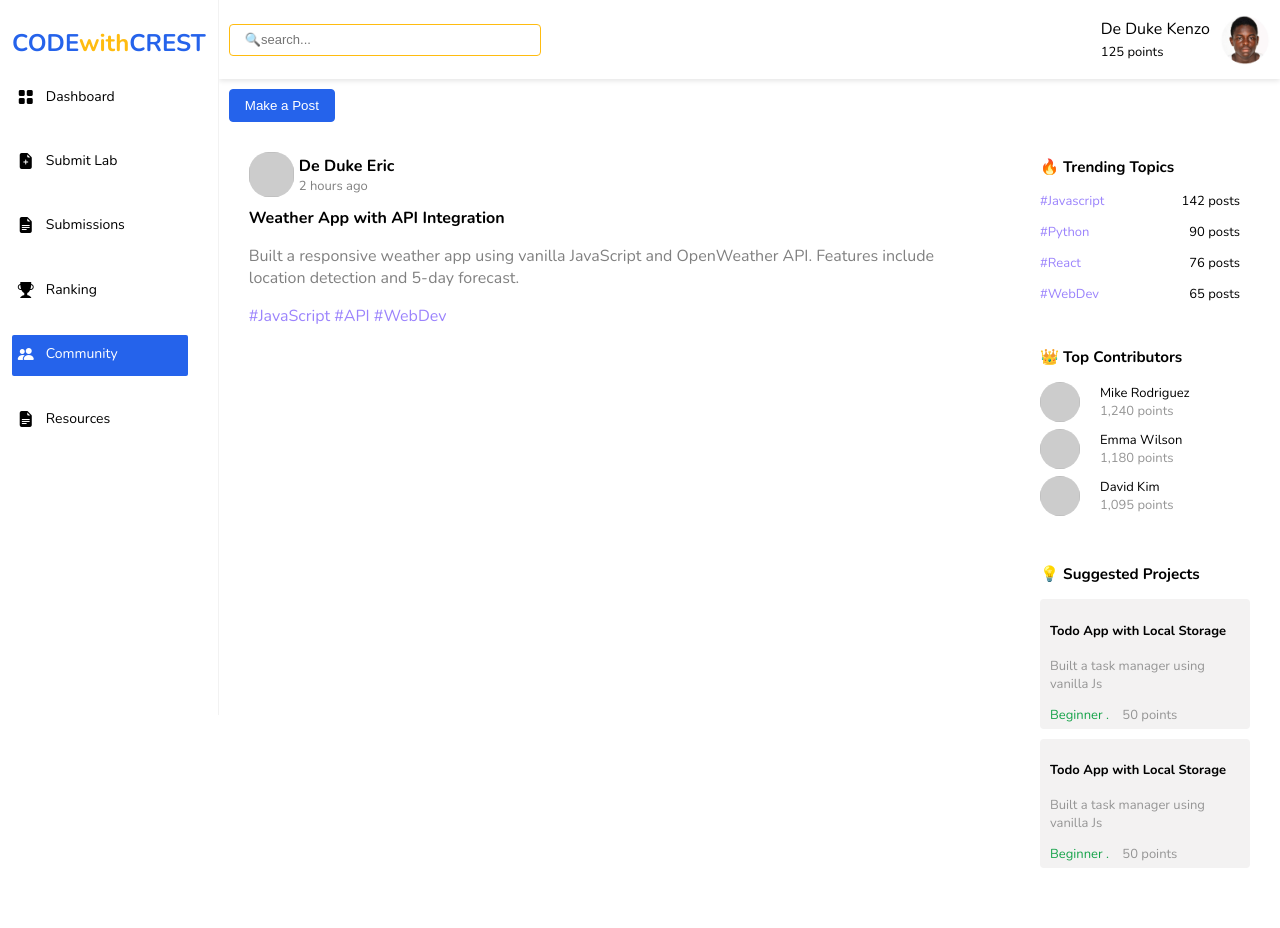
Repository: CarlTeclancing/codewithcrest
Page: /dashboard/community
An editor plug-in stored every save of this project. The page is shown before and after the next save, followed by the edit.
The browser window is 1280 px wide. The pictures show the whole page.
The project was rebuilt for these pictures with package versions that can differ from the ones it lists, and the page was loaded fresh each time. Also part of the build but not shown: vite.config.js, src/pages/Dashboard/dashboard.css, globals.js, src/pages/Dashboard/Dashboard.jsx, src/pages/ranking/ranking.css, src/components/UserCard.jsx, src/pages/ranking/Ranking.jsx, src/components/GuideLines.jsx and 15 more.

Above is the page before, as saved 2025-09-09 14:08:46.

### index.html
<!doctype html>
<html lang="en">
  <head>
    <meta charset="UTF-8" />
    <link rel="icon" type="image/svg+xml" href="./src/assets/react.svg" />
    <meta name="viewport" content="width=device-width, initial-scale=1.0" />
    <title>CODEwithCREST</title>
    <link rel="stylesheet" href="https://cdn.jsdelivr.net/npm/bootstrap-icons@1.13.1/font/bootstrap-icons.min.css">
    <!-- fonts-->
     <link rel="preconnect" href="https://fonts.googleapis.com">
     <link rel="preconnect" href="https://fonts.gstatic.com" crossorigin>
     <link href="https://fonts.googleapis.com/css2?family=Nunito:ital,wght@0,200..1000;1,200..1000&display=swap" rel="stylesheet">
  </head>
  <body>
    <div id="root"></div>
    <script type="module" src="/src/main.jsx"></script>
  </body>
</html>

### src/main.jsx
import { StrictMode } from 'react'
import { createRoot } from 'react-dom/client'
import './index.css'
import App from './App.jsx'
import 'react-responsive-modal/styles.css';


createRoot(document.getElementById('root')).render(
  <StrictMode>
    <App/>
  </StrictMode>,
)

### src/index.css
:root {
  /* CSS variables */
   --primary-color: #5B0C4E;
   --primary-color-hover: #5b0c4edc;
   --bg-color: #FFFAFE;
   --bg-white: #ffffff;
   --text-color: #262626;
   --border-color: #93B4FD;
   --bg-tab: #DECADB;

   --pending: #EA5254;
   --completed: #3CDA7D;
   --in-progress: #F9BD3B;

   --primary-white-color: white;
   --primary-black-color: black;
   --primary-error-color: red;
 }

body{
  /* border: solid 1px blue; */
  margin: 0%;
  width: 100%;
  height: auto;
  /* display: flex; */
  /* justify-content: center; */
  font-family: "Nunito", sans-serif;
  font-optical-sizing: auto;
  font-weight: 400;
  font-style: normal;
  overflow-x: hidden;
}
/* .post{
  width: 80%;
  display: flex;
  flex-direction: row;
  flex-wrap: wrap;
  align-items: center;
  justify-content: center;
}
.individual-post{
  width: 500px;
  height: auto;
  background-color: rgba(0, 0, 0, 0.05);
  margin: 12px;
  padding: 24px;
  border-radius: 12px;
  border: 1px solid rgba(0, 0, 0, 0.05);
  color: black;
} */

### src/App.jsx
import React  from 'react'
import { createBrowserRouter, RouterProvider ,Route ,Routes } from 'react-router-dom'

import Dashboard from './pages/Dashboard/Dashboard.jsx'
import Ranking from './pages/ranking/Ranking.jsx'
import Submission from './pages/submission/Submission.jsx'

import SubmitLab from './pages/submitLab/SubmitLab.jsx'
import Community from './pages/community/Community.jsx'
import Resources from './pages/resources/Resources.jsx'
import Assistant from './pages/assistant/Assistant.jsx'
import Login from './pages/auths/login/Login.jsx'
import Register from './pages/auths/register/_Register.jsx'
import PersonalInfo from './pages/auths/register/PersonalInfoForm.jsx'
import Experience from './pages/auths/register/ExperienceForm.jsx'
import Program from './pages/auths/register/ProgramForm.jsx'
import { UserProvider } from './providers/userProvider.jsx'
import DashboardLayout from './Layout/DashboardLayout.jsx'
import Subscribe from './pages/subscribe/Subscribe.jsx'

function App() {

  const router = createBrowserRouter([
    {path:'/', element:<Login />},
    // No landing page
    // Auth pages
    {path:'/login',  index:true,element:<Login />},
    {path:'/register', element:<Register />},
    {path:'/personal-information', element:<PersonalInfo />},
    {path:'/program', element:<Program />},
    {path:'/experience', element:<Experience/>},

    // Subscribtion page
    {
      path:'/subscribe',
      element:<Subscribe/>
    },

    // Dashboard pages
    {
      path:'/dashboard',
      element:<DashboardLayout/>,
      children:[
        {
          index:true,
          element:<Dashboard/>
        },
        {path:'submissions', element:<Submission />},
        {path:'submitlab', element:<SubmitLab />},
        {path:'community', element:<Community />},
        {path:'ranking', element:<Ranking />},
        {path:'resources', element:<Resources />},

      ]
    },

    // {path:'/ranking', element:<Ranking />},
    // {path:'/bugtracking', element:<BugTracking />},
    // {path:'/hello', element:<Hello />},
    // {path:'/assistant', element:<Assistant />}

  ]);

  return (
    <>
      <UserProvider>
        <RouterProvider router={router} />
      </UserProvider>
    </>
  )
}

export default App

const Temp = () => {
  return(
    <>
      testing temp comp
    </>
  )
}

### src/providers/userProvider.jsx
import React ,{createContext ,useState} from "react";


const UserContext = createContext()

export const UserProvider = ({children}) => {
    const [user ,setUser] = useState()

    return (<UserContext.Provider value={{user:user ,setUser:setUser}}  >{children}</UserContext.Provider>)
}

export default UserContext

### src/Layout/DashboardLayout.jsx
import React from "react";
import Sidebar from "../components/Sidebar";
import { Outlet } from "react-router-dom";
import Header from "../components/Header";
import '../styles/layout.css'


const DashboardLayout = () => {
    return(
        <React.Fragment>
            <div style={{border:'solid 0px blue',display:'flex' }}>
                <Sidebar/>

                <div style={{border:'solid 0px red' ,flex:1 ,display:'flex', flexDirection:'column'}}>
                    <div>
                        <Header/>
                    </div>
                    <div>
                        <Outlet/>
                    </div>
                </div>
            </div>

        </React.Fragment>
    )
}

export default DashboardLayout

### src/pages/submitLab/submitlab.css
.labs-container{
    display: flex;
    flex-direction: column;
    padding: 0px 10px;
    gap: 15px;
}
.lab-info{
    display: flex;
    padding: 20px;
    border-radius: 10px;
    flex-direction: column;
    border: 1px solid rgba(168, 122, 5 ,0.5);
}
.headline{
    display: flex;
    align-items: center;
    justify-content: space-between;
    line-height: 0%;
}
.headline h3{
    /* font-size: x-large; */
    font-weight:800;
}
.bottom-line{
    display: flex;
    align-items: center;
    justify-content: space-between;
    font-size: small;
}
.points{
    font-size: small;
}
.hashtags{
    /* width: auto; */
    border: solid 1px rgba(0,0,255 ,0.3);
    padding: 10px;
    font-size: x-small;
    color: #006EFF;
    border-radius: 6px;
    background-color: #E3F2FD;
}
.inactive-btn{
    color: #2563EB;
    background-color: white;
    border: solid 1px #2563EB;
}
.deadline{
    color: #006EFF;
    margin-right: 25px;
}
.task{
    color: grey;
}
.form-group{
  display: flex;
  align-items:center;
  margin-bottom: 15px;
}
.form-group > div {
  flex: 1; /* Makes both fields take equal space */
  margin-right: 10px;
}
.form-group > div:last-child {
  margin-right: 0; /* Remove margin from the last child */
}
button{
    color: black;
    padding: 5px 8px;
    margin-right: 20px;
}
button:hover, .button.active{
  cursor: pointer;
  border-radius: 2px;
  color: white;
  border: 1px solid #2563EB;
  background-color: #2563EB;
}
.upload{
    padding: 20px;
    width: 60%;
    height: 160px;
    place-self: center;
    display: flex;
    margin: 25px 0;
    border-radius: 5px;
    flex-direction: column;
    text-align: center;
    align-items: center;
    justify-content: center;
    border: 1px dashed black;
}
.upload input{
    padding: 5px 8px;
    place-self: center;
}
.upload span{
 color: #959595;
 font-size: 10px;
}

th{
    color: #959595;
    font-weight: lighter;
    background-color: #E3F2FD;
}
td{
    padding: 8px 15px;
    font-size: 12px;
    font-weight: lighter;
}
.url{
    color: #006EFF;
}
.nav{
    width: 95%;
    display: flex;
    align-items: center;
    justify-content: space-between;
}
label, input::placeholder{
    font-size: 13px;
}
.btnl{
    color: #006EFF;
    background-color: white;
    border: 1px solid #006EFF;
}
.bar a{
    color: black;
    font-weight: 12px;
    margin-left: 25px;
    font-weight: lighter;
    text-decoration: none;
}

### src/pages/community/community.css
.community-page{
    display: flex;
    gap: 20px;
    /* padding-right: 20px; */
}
.form-post span{
    margin-right: 10px;
}
.left-side{
    /* width: 60%; */
    flex: 1;
    display: flex;
    /* margin-right: 20px; */
    flex-direction: column;
}
.right-side{
    width: 250px;
    display: flex;
    flex-direction: column;
    font-size: small;
    gap: 15px;
}
.firstline{
    display: flex;
    align-items: center;
}
.contributor-info{
    display: flex;
    flex-direction: column;
    /* border: solid 1px red; */
    padding: 0;
    margin: 0;
    line-height: normal;
}
.contributors img{
  width: 40px;
  height: 40px;
  background-color: rgba(0,0,0,0.2);
  border-radius: 50%;
  margin-right: 20px;
}
input{
    height: 23px;
}
textarea{
    height: 70px;
}
input, textarea{
    width:90%;
    outline: none;
    padding: 5px 10px;
    border-radius: 3px;
    border: 1px solid #959595;
}
.bottom{
    display: flex;
    align-items: center;
    justify-content: space-between;
}
.add a{
    color: #959595;
    margin-right: 15px;
    text-decoration: none;
}
.bottom button{
    color: white;
    padding: 8px 12px;
    border-radius: 6px;
    border: 1px solid #9b83fc;
    background-color: #9b83fc;
}
.trends{
    display: flex;
    justify-content: space-between;
}
.hashtag{
    color: #9b83fc;
}
.top-contributors{
    display: flex;
    flex-direction: column;
    gap: 7px;
}
.contributors, .top-contributors{
    margin: 0% !important;
}
.contributors{
    display: flex;
    align-items: center;
}
.contributor-point{
    color: #959595;
}
.suggestion{
    padding: 5px 10px;
    margin-bottom: 10px;
    border-radius: 4px;
    background-color: #f3f2f2;
}
.level-name{
    color: #16A34A;
}
.suggestion p, .level-point{
    color: #959595;
}
.post-profile{
    display: flex;
    padding: 10px 0px;
    align-items: center;
    gap: 5px;
}
.form-post{
    padding: 0px 20px;
}
.post-profile img{
    width: 45px;
    height: 45px;
    background-color: rgba(0,0,0,0.2);
    border-radius: 20px;
}
.post-profile .name{
    font-weight: bold;
}
.post-profile .time{
    font-size: small;
    color: grey;
}
.post-profile-info{
    display: flex;
    flex-direction: column;
}

### src/components/CommunityPost.jsx
import React from 'react'

function CommunityPost({name, time, pic, code, title, description, hashtags}) {
  return (
    <div className='form-post'>
        <div className="post-profile">
            <img src={pic} alt="" />
            <div className="post-profile-info">
                <span className="name">{name}</span>
                <span className="time">{time}</span>
            </div>
        </div>

        <strong>{title}</strong>
        <p style={{color:'grey'}} >{description}</p>
        <p>{code}</p>
        <span className='hashtag'>{hashtags}</span>
        {/* <div className="icons">

        </div> */}
    </div>
  )
}

export default CommunityPost

### src/pages/resources/resource.css
button{
  color: white;
  padding: 8px 15px;
  border-radius: 4px;
  background-color: #2563EB;
  border: 1px solid #2563EB;
}
.library{
    display: flex;
    padding: 10px;
    border-radius: 5px;
    flex-direction: column;
    border: 1px solid rgba(0,0,0,0.2);
}
.nav-link{
    display: flex;
    align-items: center;
    justify-content: space-between;
}
.nav-link a, .bln{
    padding: 5px 10px;
    color: black;
    text-decoration: none;
    border-radius: 5px;
    background-color: #f0efef;
}
.nav-link a:hover{
    color: white;
    background-color: #2563EB;
}
.nav{
    display: flex;
    width: 40%;
    flex-direction: left;
}
.resource-block{
    /* width: 100%; */
    display: flex;
    overflow: hidden;
    justify-content: space-between;
}
.resource-box{
    min-width: 275px;
    height: 150px;
    padding: 0px 15px;
    /* margin-right: 15px; */
    border-radius: 5px;
    /* margin-bottom: 10px; */
    border: 1px solid rgba(0,0,0,0.2);
}
.left-block{
    /* width: 73%; */
    flex: 1;
    /* border: solid 1px red; */
    display: flex;
    gap: 10px;
    row-gap: 0px;
    flex-wrap: wrap;
}
.right-block{
 width: 200px;
 font-size: small;
 display: flex;
 flex-direction: column;
 gap: 10px;
}
.right-bar{
 padding:10px 15px;
 border-radius: 5px;
 border: 1px solid rgba(0,0,0,0.2);
}
.post-profile-info .name{
    margin: 0%;
}
.headline{
    display: flex;
    justify-content: space-between;
    gap: 20px;
}
.headline span{
    /* text-align: center; */
}
.top-value{
    color: #2563EB;
}
.quote{
    color: #2563EB;
    margin-top: 25px;
    padding:10px 15px;
    text-align: center;
    border-radius: 5px;
    background-color: #cce0f4;
    border: 1px solid #2563EB;
}
.goal{
    color: #2563EB;
    text-align: center;
    font-weight: bolder;
}
.weekly{
    text-align: center;
}
.weekly progress{
    background-color: #FFBC10;
}
.weekly progress::-webkit-progress-value {
  background-color: #FFBC10;
  border-radius: 10px;
  height: 8px;
}
.column{
    padding: 5px 10px;
    border-radius: 10px;
    margin-bottom: 10px;
    border-left: 3px solid #FFBC10;
    background-color: #d7e6f5;
}
.column h4{
    margin: 7px;
}
.column p{
    margin: 0%;
    font-size: 12px;
    line-height: 17px;
}
.p{
    color: #959595;
}
.assistant{
    display: flex;
    flex-direction: column;
}
.assistant h1, .assistant p{
    text-align: center;
}
.assistant h1{
    margin: 0%;
}
.assist{
    width: 60%;
    display: flex;
    margin-top: 40px;
    place-self: center;
    flex-direction: column;
}
.box-suggest{
    /* border:solid 1px red; */
    width: 100%;
    display: flex;
    flex-wrap: wrap;
    align-items: center;
    gap: 10px;
    justify-content: space-evenly;
}
.suggest{
    cursor: pointer;
    padding: 20px;
    font-size: smaller;
    color: #2563EB;
    text-align: center;
    border-radius: 5px;
    font-weight: bold;
    border: 1px solid #c3c3c3;
}

### src/components/Sidebar.jsx
import React from 'react'
import { Link  ,useLocation } from 'react-router-dom'
import '../styles/sideBarStyles.css'


function Sidebar() {

   const location = useLocation()

  return (
    <div className='sidebar-admin'>
         <h2 className="logo p-10"><span>CODE</span>with<span>CREST</span></h2>
         <div className="navbar p-10">
               <Link className={`section ${location.pathname === "/dashboard" ? "active" : ""}`} to="/dashboard" >
                  <i className="bi bi-grid-fill"></i>
                  <span className='nav-element'>Dashboard</span>

               </Link>
               <Link className={`section ${location.pathname === "/dashboard/submitlab" ? "active" : ""}`} to="/dashboard/submitlab">
                  <i class="bi bi-file-earmark-plus-fill"></i>
                  <span className='nav-element'>Submit Lab</span>
               </Link>
               <Link className={`section ${location.pathname === "/dashboard/submissions" ? "active" : ""}`} to="/dashboard/submissions">
                  <i class="bi bi-file-earmark-text-fill"></i>
                  <span className='nav-element'>Submissions</span>
               </Link>
               <Link className={`section ${location.pathname === "/dashboard/ranking" ? "active" : ""}`} to="/dashboard/ranking">
                  <i class="bi bi-trophy-fill"></i>
                  <span className='nav-element'>Ranking</span>
               </Link>
               <Link className={`section ${location.pathname === "/dashboard/community" ? "active" : ""}`} to="/dashboard/community">
                  <i class="bi bi-people-fill"></i>
                  <span className='nav-element'>Community</span>
               </Link>
               <Link className={`section ${location.pathname === "/dashboard/resources" ? "active" : ""}`} to="/dashboard/resources">
                  <i class="bi bi-file-earmark-text-fill"></i>
                  <span className='nav-element'>Resources</span>
               </Link>
               {/* <Link className={`section ${location.pathname === "/dashboard/assistant" ? "active" : ""}`} to="/dashboard/assistant">
                  <i class="bi bi-file-earmark-text-fill"></i>
                  <span className='nav-element'>Assistant</span>
               </Link> */}
         </div>

      </div>
  )
}

export default Sidebar

### src/components/Header.jsx
import React ,{useState ,useEffect} from 'react'
// import  './layout.css'
import Img1 from '../assets/img1.jpg'


function Header() {

  const [showMenu ,setShowMenu] = useState(false)

  useEffect(()=>{
    if(window.innerWidth <= 500){
      setShowMenu(true)
    }
  },[window.innerWidth])
  console.log(showMenu);


  return (
    <div className='head'>
      {/* {showMenu && <div>
          <span className='bi bi-menu'>🍺</span>
      </div>} */}

      {/* <h2 className="logo"><span>CODE</span>with<span>CREST</span></h2> */}
        <div>
          <span style={{display:'flex', alignItems:'center'}}>
            <input type="text"  className='search' placeholder='🔍search...  '/>
          </span>
        </div>

        <div className="profile" style={{cursor:'pointer'}}>
            <p className='name'>De Duke Kenzo<br/><span className='points'>125 points</span></p>
            <img src={Img1} alt="" />
        </div>
    </div>
  )
}

export default Header

### src/styles/layout.css

.guidelines{
  /* border: solid 1px cyan; */
  padding: 5px;
}
.guide{
  width: 250px;
  border-radius: 10px;
  font-size: small;
  border: 1px solid #93B4FD;
  background-color: #F0F9FF;
  padding:10px;
  display: flex;
  flex-direction: column;
  color: grey;
}
.guide h3{
  color: black;
  /* line-height: normal; */
}
.guide ul{
  list-style: none;
}
.guide-container{
  /* width: 100%; */
  display: flex;
  flex-wrap: wrap;
  gap: 15px;
  /* justify-content: space-between; */
}
.guide-container div:first-child{
  border-left: 4px solid var(--primary-color);
}
.guide-container div:nth-child(2){
  border-left: 4px solid var(--primary-error-color);
  /* margin-left: 12px; */
}
.guide-container div:nth-child(3){
  border-left: 4px solid var(--completed);
  /* margin-left: 12px; */
}

.nav-element{
  margin-left: 12px;
  font-size: 14px;
  width: 100%;
}

.head{
  padding: 10px;
  height:59px;
  /* width: 98%; */
  display: flex;
  align-items: center;
  justify-content: space-between !important;
  background-color: #ffffff;
  box-shadow: 0 2px 5px rgba(0, 0, 0, 0.1);
}

.icon{
  margin-right: 10px;
}
.search{
  width: 280px;
  height: 30px;
  outline: none;
  border-radius: 4px;
  border: 1px solid #FFBC10;
  padding: 0 15px;
}
.profile{
  display: flex;
  align-items: center;
}
.profile img{
  width: 50px;
  border-radius: 50%;
  margin-left: 10px;
}

.dashboard-container{
  padding: 10px;
  padding-bottom: 50px;
  /* border: solid 1px green; */
  overflow: auto;
  display: flex;
  flex-direction: column;
  gap: 20px;
}

### src/styles/sideBarStyles.css
.sidebar-admin{
  top: 0;
  max-width: 200px;
  display: flex;
  padding: 12px;
  flex-direction: column;
  background-color: #ffffff;
  scroll-behavior: smooth;
  border-right: solid 1px rgba(0,0,0,0.05);
  /* border: solid 1px red; */
  position: sticky;
  height: 96vh;
}
.sidebar-admin a{
  text-decoration: none;
  color: black;
  margin-bottom: 20px;
  background-color: rgba(255, 255, 255, 0.527);
  border-radius: 3px;
  transition: 0.3s, color 0.3s;
  display: flex;
}
.navbar{
  display: flex;
  flex-direction: column;
  justify-content: space-between;
}
.logo{
 margin:0px;
 font-weight: bolder;
 color: #FFBC10;
 line-height: normal;
 padding: 15px 0px;
}
.logo span{
  color: #2563EB;
}
.section{
  margin: 3px 0;
  width: 85%;
  padding: 5% 3%;
  border-radius: 2px;
}
.section:hover, .section.active{
  cursor: pointer;
  border-radius: 2px;
  color: white;
  background-color: #2563EB;
}

@media screen and (max-width:500px) {
.sidebar-admin{
  border: solid 1px red;
  padding: 0px;
  max-width: 0px;
  overflow: hidden;
}

}

Loaded but not shown: src/pages/community/Community.jsx (216 lines, source omitted)

After the next save:
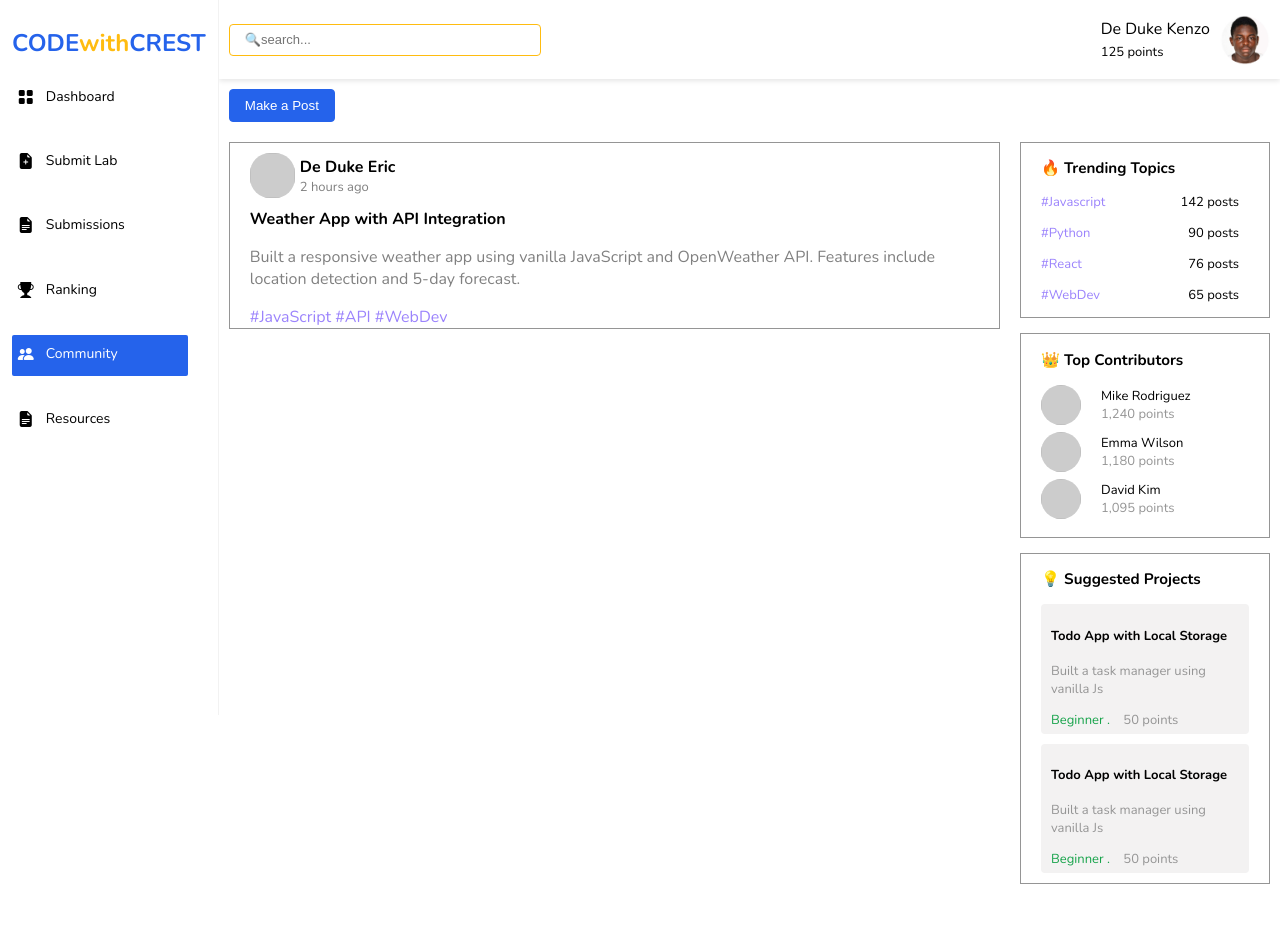
Saved 50 s later.
--- a/src/pages/community/community.css
+++ b/src/pages/community/community.css
@@ -111,6 +111,7 @@ input, textarea{
 }
 .form-post{
     padding: 0px 20px;
+    border: 1px solid #959595;
 }
 .post-profile img{
     width: 45px;
